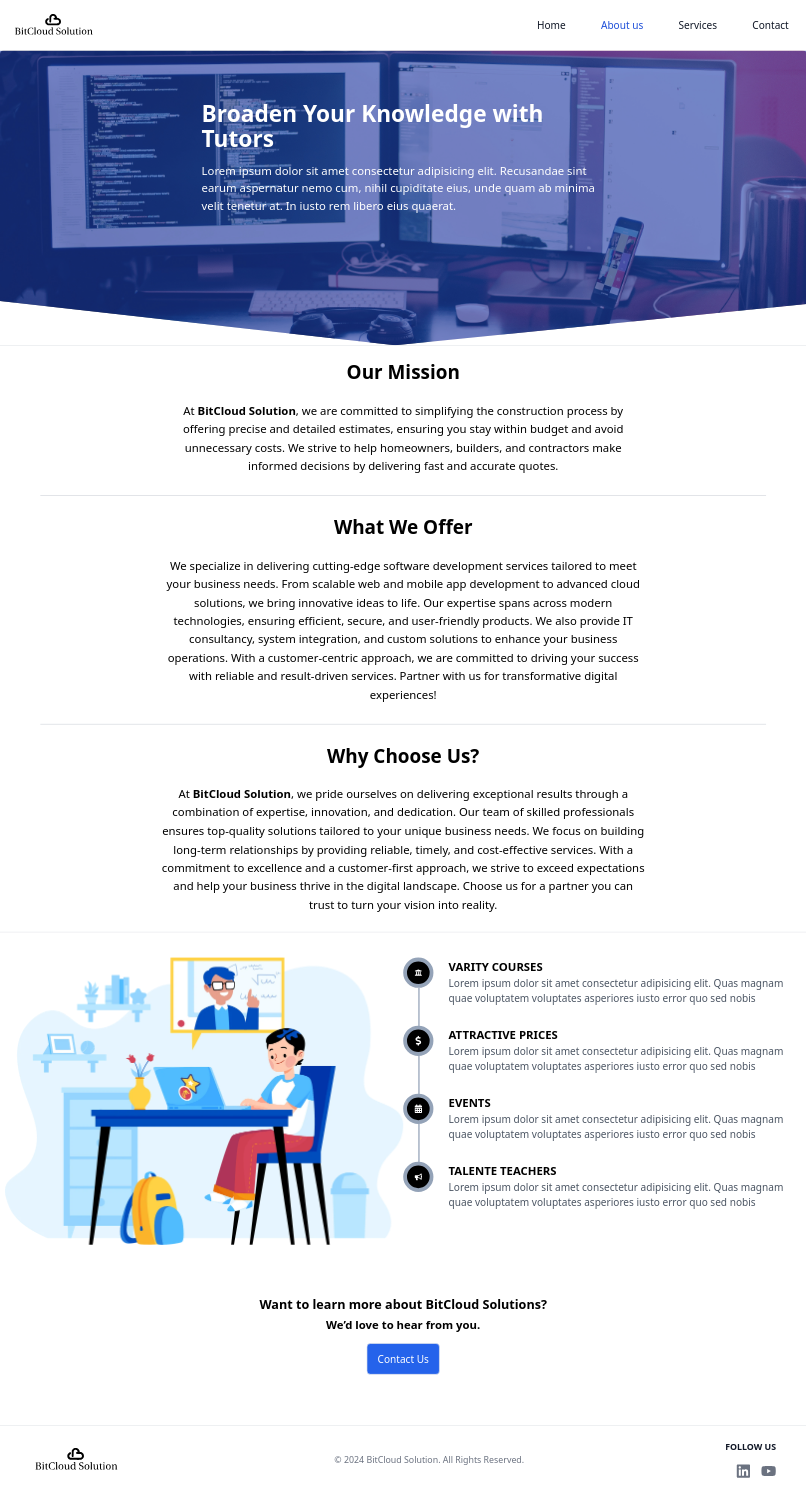
Repository: huzaifaBitCloud/BitCloud-website
Page: /about-us
An editor plug-in stored every save of this project. The page is shown before and after the next save, followed by the edit.
The browser window is 1280 px wide. The pictures show the whole page, at 63% of full size.
The project was rebuilt for these pictures with package versions that can differ from the ones it lists, and the page was loaded fresh each time. The framework's server and built-in components were replaced by stand-ins that run in the browser. Also part of the build but not shown: next.config.mjs.

Above is the page before, as saved 2025-01-27 11:59:14.

After the next save:
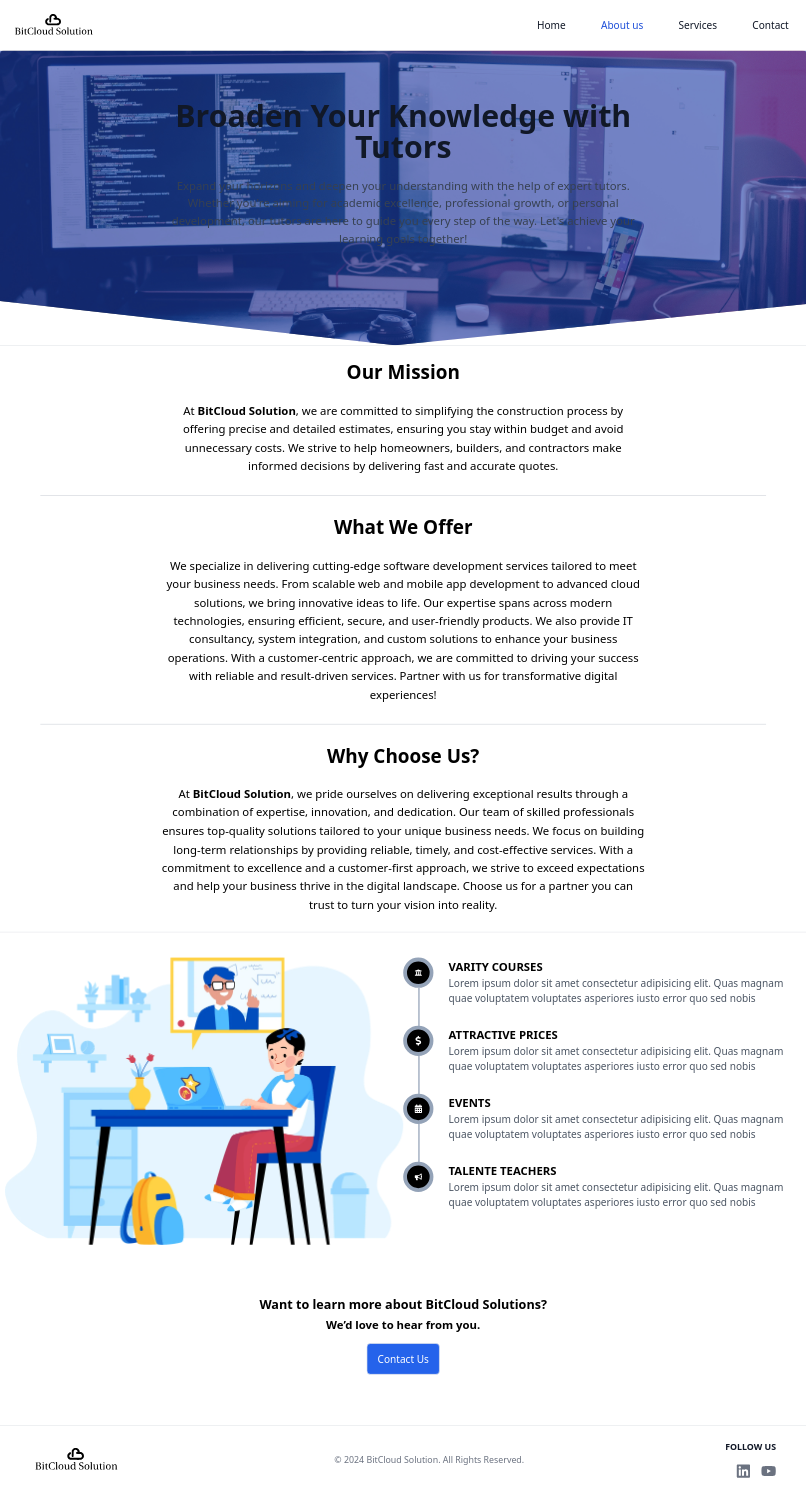
Saved 3 min 1 s later.
--- a/src/components/About.tsx
+++ b/src/components/About.tsx
@@ -19,7 +19,20 @@
         <div className="absolute inset-0 bg-blue-800 bg-opacity-60"></div>
 
         {/* Content */}
-        <div className="relative z-10 sm:w-[100%] md:w-[80%] lg:w-[50%] mx-auto text-left sub-hero-about">
+        <div className="relative z-10 sm:w-[90%] md:w-[70%] lg:w-[60%] mx-auto text-center sub-hero-about">
+          <h2 className="text-4xl md:text-5xl font-bold mb-6 text-gray-900 dark:text-white">
+            Broaden Your Knowledge with Tutors
+          </h2>
+          <p className="mb-8 text-base md:text-lg text-gray-700 dark:text-gray-300 leading-relaxed">
+           { `Expand your horizons and deepen your understanding with the help of
+            expert tutors. Whether you're aiming for academic excellence,
+            professional growth, or personal development, our tutors are here to
+            guide you every step of the way. Let's achieve your learning goals
+            together!`}
+          </p>
+        </div>
+
+        {/* <div className="relative z-10 sm:w-[100%] md:w-[80%] lg:w-[50%] mx-auto text-left sub-hero-about">
           <h2 className="text-4xl font-bold mb-4">
             Broaden Your Knowledge with Tutors
           </h2>
@@ -28,7 +41,7 @@
             sint earum aspernatur nemo cum, nihil cupiditate eius, unde quam ab
             minima velit tenetur at. In iusto rem libero eius quaerat.
           </p>
-        </div>
+        </div> */}
       </div>
       <hr />
 
